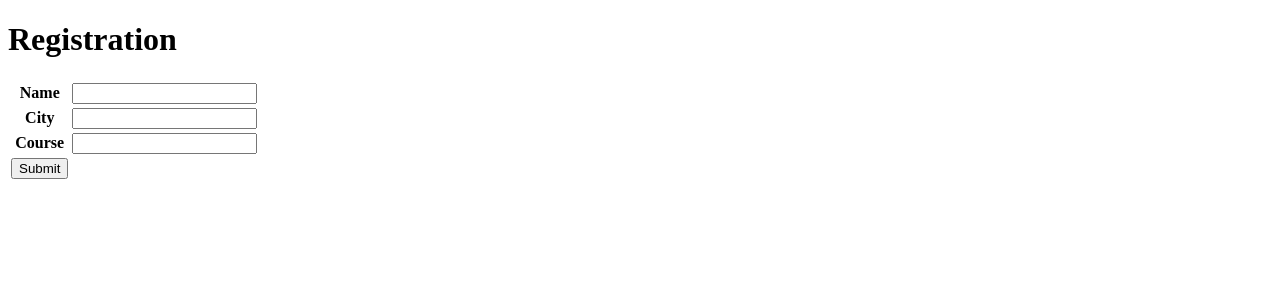
Repository: Indra0011/git_java_practice
Page: eclipse-workspace/servletMVCProject1/src/main/webapp/register.html
An editor plug-in stored every save of this project. The page is shown before and after the next save, followed by the edit.
The browser window is 1280 px wide. The pictures show the whole page.

Above is the page before, as saved 2023-10-05 10:48:33.

### eclipse-workspace/servletMVCProject1/src/main/webapp/register.html
<!DOCTYPE html>
<html>
<head>
<meta charset="ISO-8859-1">
<title>Registration</title>
</head>
<body>
<h1>Registration</h1>
	<form action = './register'>
		<table>
			<tr>
				<th>Name </th>
				<td><input type="text" name="Name" /></td>
			</tr>
			<tr>
				<th>City</th>
				<td><input type="text" name="City" /></td>

			</tr>
			<tr>
				<th>Course</th>
				<td><input type="text" name="Course" /></td>

			</tr>
			<tr>
				<td><input type="submit" name="Register" /></td>
			</tr>
		</table>
	</form>
</body>
</html>

After the next save:
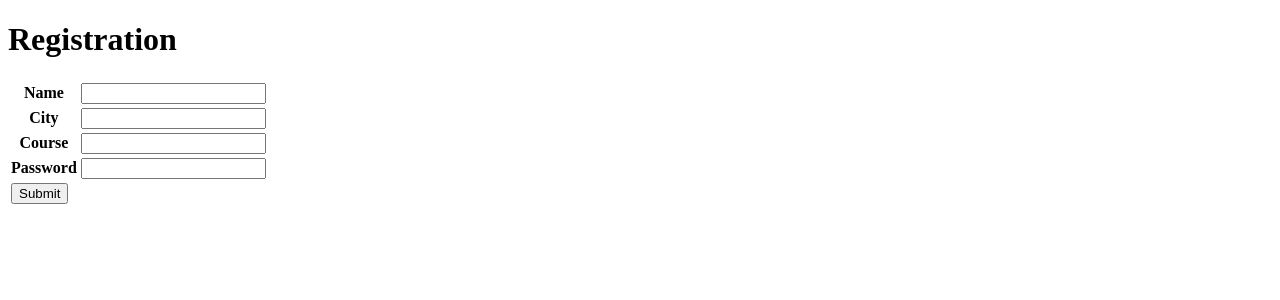
Saved 73 s later.
--- a/eclipse-workspace/servletMVCProject1/src/main/webapp/register.html
+++ b/eclipse-workspace/servletMVCProject1/src/main/webapp/register.html
@@ -23,6 +23,11 @@
 
 			</tr>
 			<tr>
+				<th>Password</th>
+				<td><input type="password" name="Password" /></td>
+
+			</tr>
+			<tr>
 				<td><input type="submit" name="Register" /></td>
 			</tr>
 		</table>
